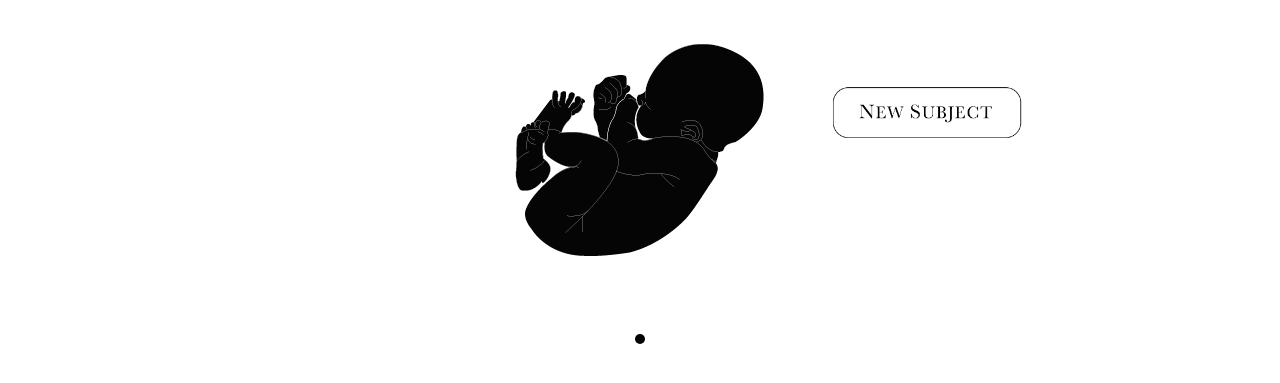
Repository: ConnyPinto/connypinto.github.io
Page: studio/chance-game/index.html
The author's editor kept a record of every edit. The page is drawn from the files as they stood at one moment, then again after the next edit.
The browser window is 1280 px wide. The pictures show the whole page.
Some web libraries are served in a nearby version.

Above is the page before.
Console error: SyntaxError: Unexpected token '('

After the next edit:
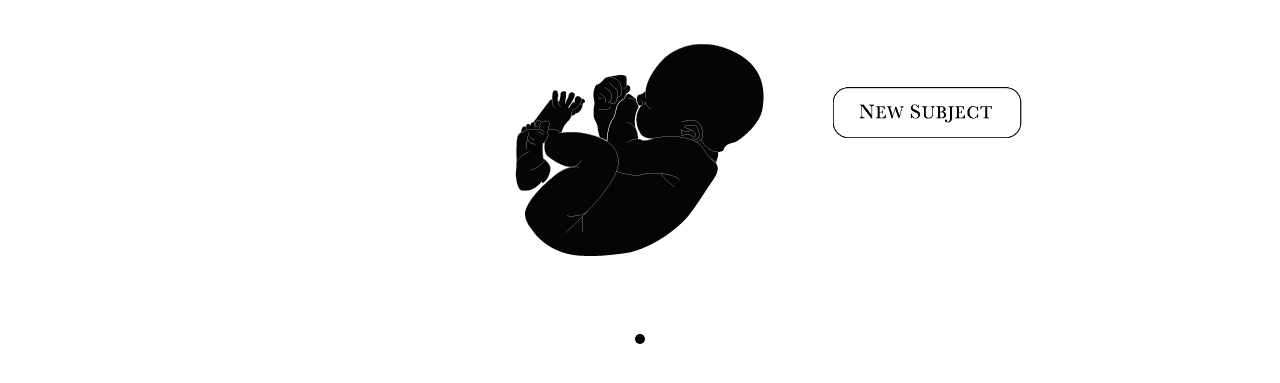
The edit:
--- a/studio/chance-game/index.html
+++ b/studio/chance-game/index.html
@@ -19,9 +19,10 @@
      <div class="arrow-left"></div>
      <div class="arrow-right"></div>
 
+
      <div class="refresh"></div>
 
-
+   <a href="index.html" class="refresh"></a>
 
 
      <script type="text/javascript" src="javascript/index.js"></script>

After the edit that followed:
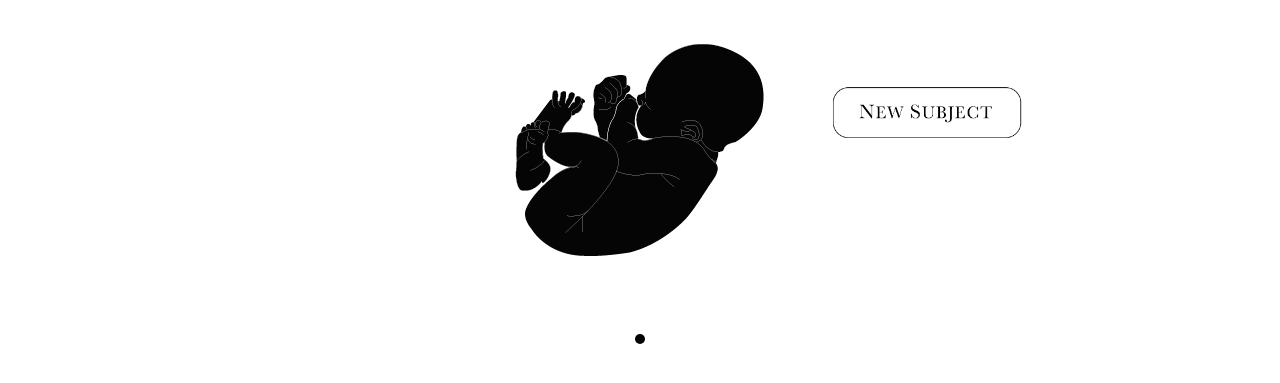
The edit:
--- a/studio/chance-game/index.html
+++ b/studio/chance-game/index.html
@@ -22,8 +22,6 @@
 
      <div class="refresh"></div>
 
-   <a href="index.html" class="refresh"></a>
-
 
      <script type="text/javascript" src="javascript/index.js"></script>
 
